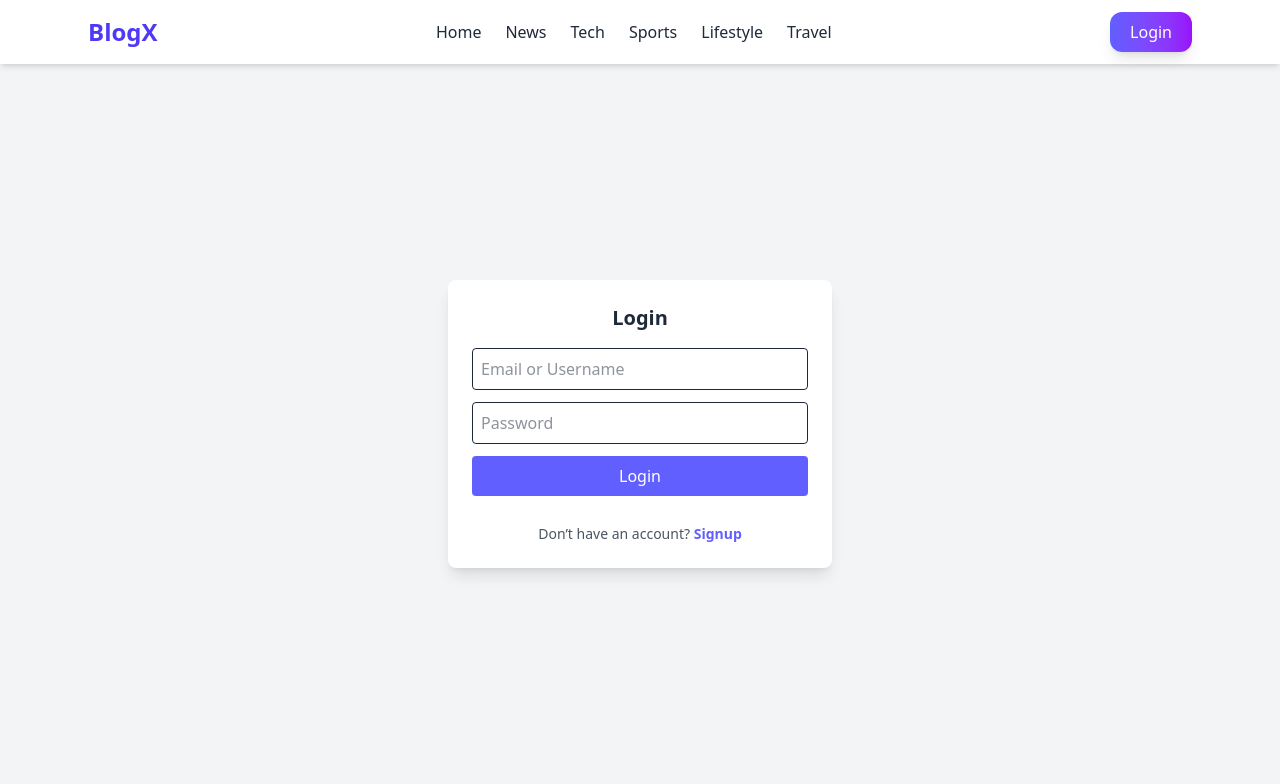
Repository: kundanchouhan12/BlogX
Page: /create (app in blogx-Frontend/)
An editor plug-in stored every save of this project. The page is shown before and after the next save, followed by the edit.
The browser window is 1280 px wide. The pictures show the whole page.
The page's requests for data from a server got no answer. The project was rebuilt for these pictures with package versions that can differ from the ones it lists, and the page was loaded fresh each time. No one was signed in, and anything a server would have sent is missing. Also part of the build but not shown: blogx-Frontend/vite.config.js, blogx-Frontend/src/pages/Home.jsx, blogx-Frontend/src/pages/Signup.jsx, blogx-Frontend/src/pages/CreatePost.jsx, blogx-Frontend/src/pages/BlogDetails.css, blogx-Frontend/src/pages/BlogDetails.jsx, blogx-Frontend/src/pages/EditPost.jsx.

Above is the page before, as saved 2025-09-19 19:26:43.

After the next save:
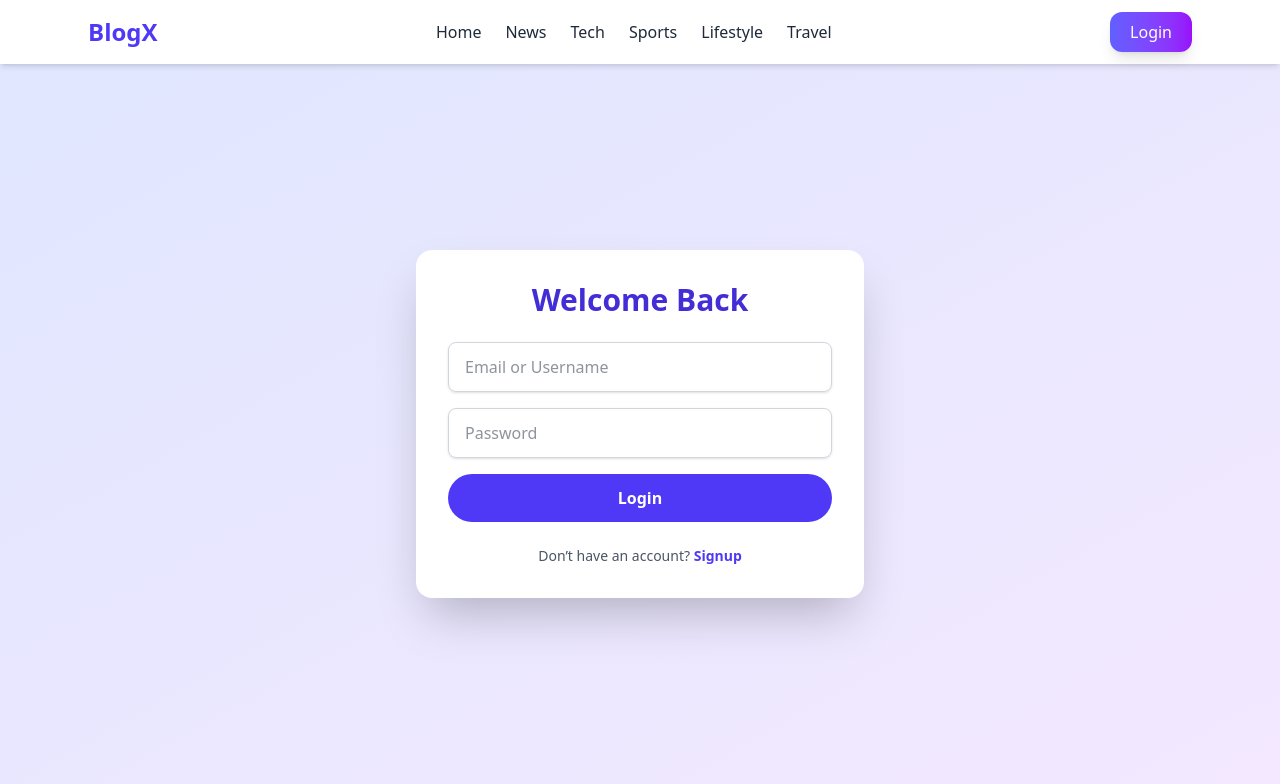
Saved 3 min 34 s later.
--- a/blogx-Frontend/src/pages/Login.jsx
+++ b/blogx-Frontend/src/pages/Login.jsx
@@ -1,10 +1,9 @@
-// src/pages/Login.jsx
 import { useState } from "react";
 import { useAuth } from "../context/AuthContext";
 import { useNavigate } from "react-router-dom";
 
 export default function Login() {
-  const { login } = useAuth(); // ✅ AuthContext ka login use karo
+  const { login } = useAuth();
   const navigate = useNavigate();
   const [usernameOrEmail, setUsernameOrEmail] = useState("");
   const [password, setPassword] = useState("");
@@ -27,58 +26,59 @@ export default function Login() {
       }
 
       const data = await response.json();
-
-      // ✅ AuthContext ka login call karo
       login({ id: data.id, name: data.name }, data.token);
-
-      // ✅ Navigate to home ya post page
       navigate("/");
-
     } catch (err) {
       setError(err.message);
     }
   };
 
   return (
-    <div className="flex justify-center items-center min-h-screen bg-gray-100">
+    <div className="flex justify-center items-center min-h-screen bg-gradient-to-br from-indigo-100 to-purple-100">
       <form
         onSubmit={handleSubmit}
-        className="bg-white p-6 rounded-lg shadow-lg w-96"
+        className="bg-white p-8 rounded-2xl shadow-2xl w-full max-w-md"
       >
-        <h2 className="text-xl font-bold mb-4 text-center">Login</h2>
+        <h2 className="text-3xl font-extrabold text-indigo-700 mb-6 text-center">
+          Welcome Back
+        </h2>
 
-        <input
-          type="text"
-          placeholder="Email or Username"
-          value={usernameOrEmail}
-          onChange={(e) => setUsernameOrEmail(e.target.value)}
-          className="border p-2 mb-3 w-full rounded"
-          required
-        />
+        <div className="space-y-4">
+          <input
+            type="text"
+            placeholder="Email or Username"
+            value={usernameOrEmail}
+            onChange={(e) => setUsernameOrEmail(e.target.value)}
+            className="w-full px-4 py-3 border border-gray-300 rounded-lg shadow-sm focus:outline-none focus:ring-2 focus:ring-indigo-500"
+            required
+          />
 
-        <input
-          type="password"
-          placeholder="Password"
-          value={password}
-          onChange={(e) => setPassword(e.target.value)}
-          className="border p-2 mb-3 w-full rounded"
-          required
-        />
+          <input
+            type="password"
+            placeholder="Password"
+            value={password}
+            onChange={(e) => setPassword(e.target.value)}
+            className="w-full px-4 py-3 border border-gray-300 rounded-lg shadow-sm focus:outline-none focus:ring-2 focus:ring-indigo-500"
+            required
+          />
 
-        <button
-          type="submit"
-          className="bg-indigo-500 text-white px-4 py-2 rounded hover:bg-indigo-600 w-full mb-3"
-        >
-          Login
-        </button>
+          <button
+            type="submit"
+            className="w-full py-3 bg-indigo-600 text-white font-semibold rounded-full hover:bg-indigo-700 transition"
+          >
+            Login
+          </button>
 
-        {error && <p className="text-red-500 text-sm">{error}</p>}
+          {error && (
+            <p className="text-red-500 text-sm text-center mt-2">{error}</p>
+          )}
+        </div>
 
-        <p className="mt-4 text-center text-sm text-gray-600">
+        <p className="mt-6 text-center text-sm text-gray-600">
           Don’t have an account?{" "}
           <span
             onClick={() => navigate("/signup")}
-            className="text-indigo-500 font-semibold cursor-pointer hover:underline"
+            className="text-indigo-600 font-semibold cursor-pointer hover:underline"
           >
             Signup
           </span>
